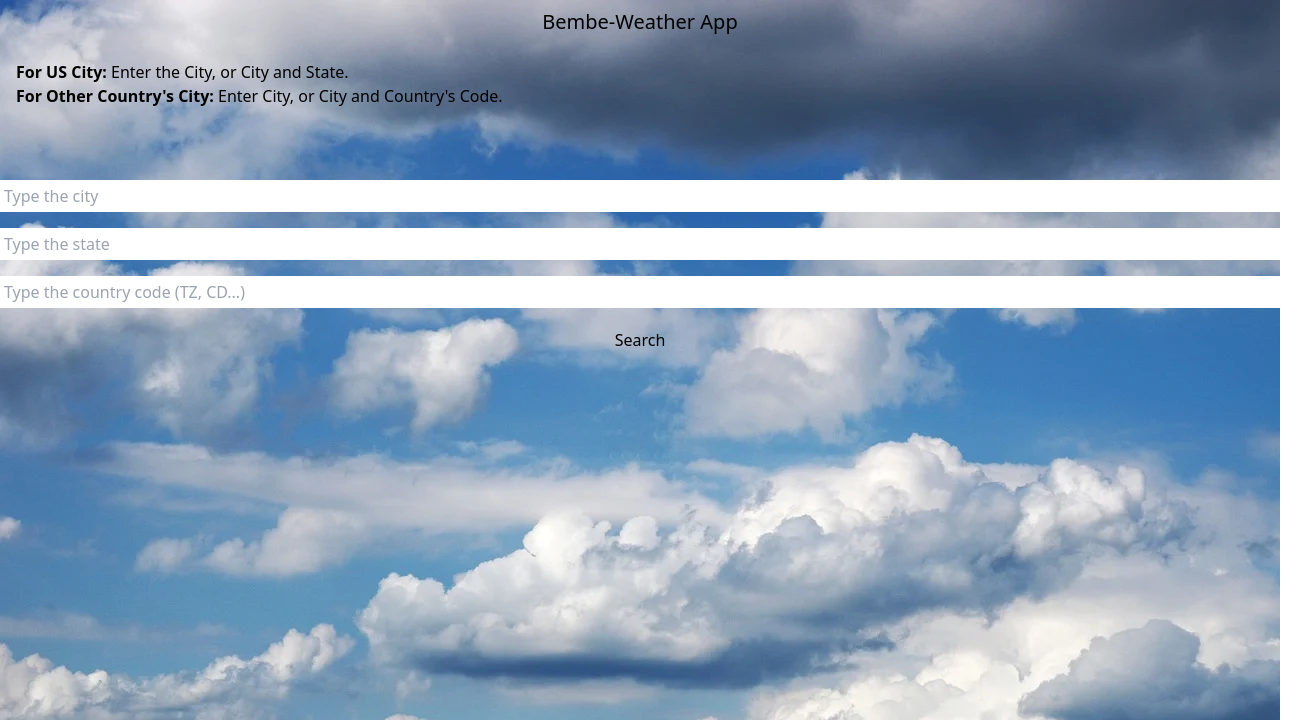
Repository: ShindanoSingi/bembe-weather
Page: /
The author's editor kept a copy of each file at every save. The page is drawn from the files as they stood at one save, then again after the next save.
The browser window is 1280 px wide. The page is 1288 px wide, then 1312 px, so the pictures cover 1312 px, including what lies to the right of the window. The pictures show the whole page.
The page's requests for data from a server got no answer. The project was rebuilt for these pictures with package versions that can differ from the ones it lists, and the page was loaded fresh each time. No one was signed in, and anything a server would have sent is missing.

Above is the page before, as saved 2022-09-14 03:16:02.

After the next save:
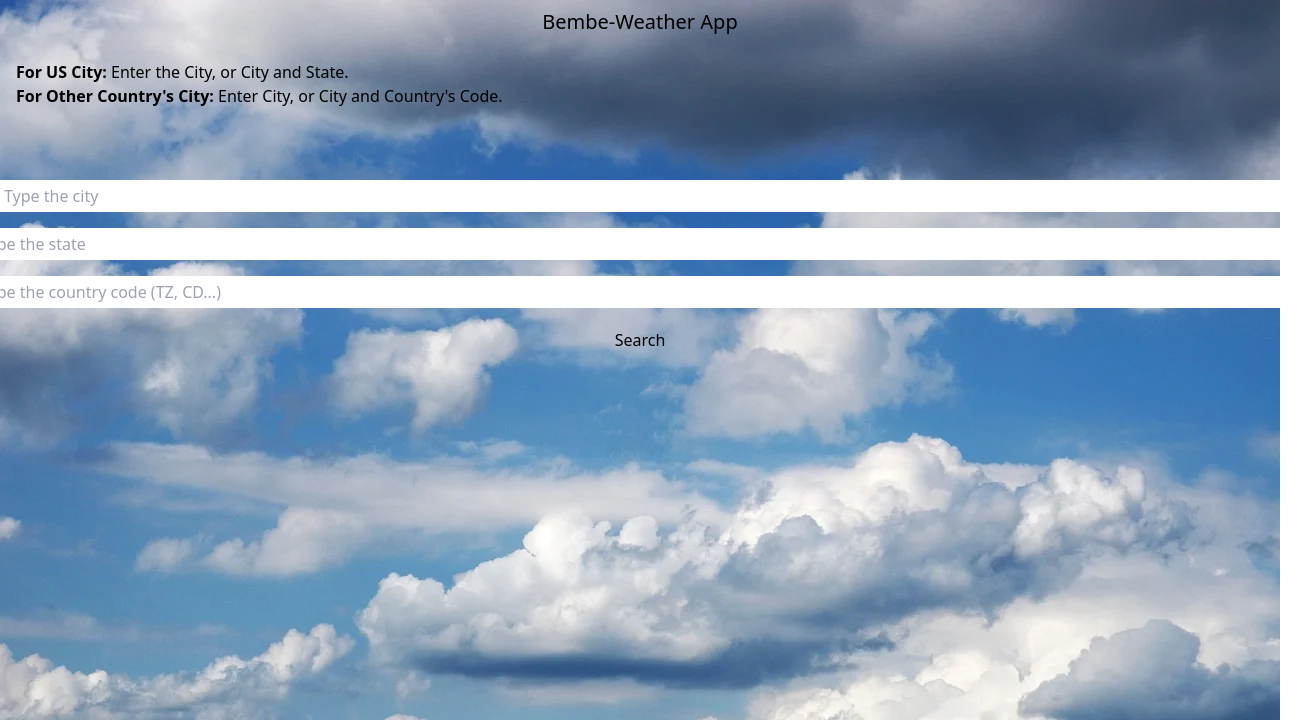
Saved 30 s later.
--- a/src/components/SearchForm.js
+++ b/src/components/SearchForm.js
@@ -15,7 +15,7 @@
         <div className="flex flex-col items-center gap-4 form-container">
           <div className="flex flex-col gap-4">
           <input
-          className="w-screen p-1 mx-2 cityInput"
+          className="w-screen p-1 mx-8 cityInput"
           placeholder="Type the city"
           type="text"
           name="SearchString"
